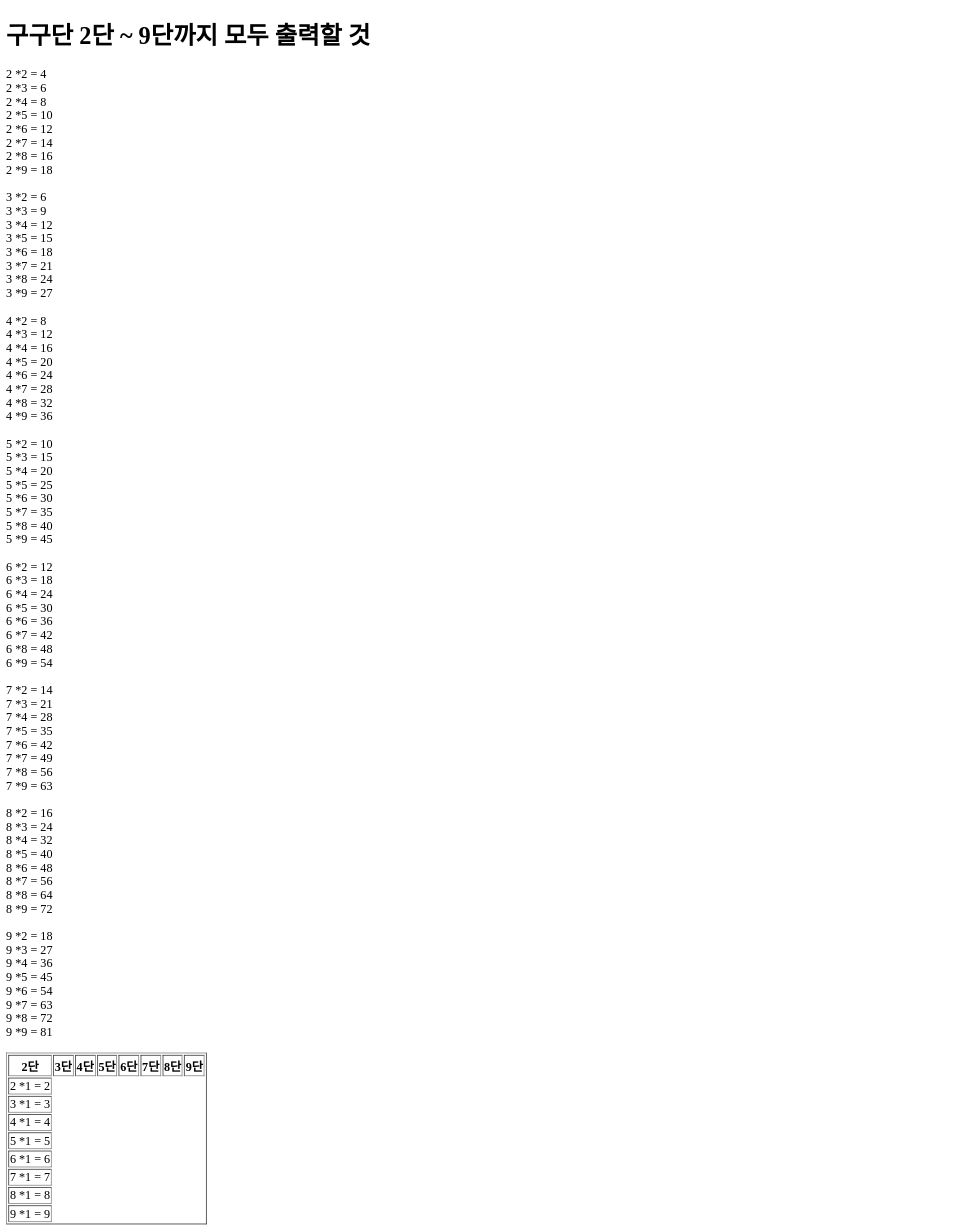
Repository: junirang330/Jsp2026
Page: http://localhost/chapter01/test02.jsp
An editor plug-in stored every save of this project. The page is shown before and after the next save, followed by the edit.
The browser window is 1280 px wide. The pictures show the whole page, at 76% of full size.
The page is served by Tomcat 9.

Above is the page before, as saved 2026-10-16 04:21:46.

### chapter01/src/main/webapp/test02.jsp
<%@ page language="java" contentType="text/html; charset=UTF-8"
    pageEncoding="UTF-8" import="java.util.*" %>
<!DOCTYPE html>
<html>
<head>
<meta charset="UTF-8">
<title>Insert title here</title>
</head>
<body>
	<h1>구구단 2단 ~ 9단까지 모두 출력할 것</h1>
	<table border = "1">
	<tr>
	<% for(int i = 2; i<=9; i++){ %>
	<th>
	<%= i + "단" %>
	</th>
	<% } %>
	</tr>
	<tr>
	<% for(int i = 2; i<=9; i++){ %>
	<td>
	<% for(int j = 1; j<=9; j++){ %>

		<%=i %> *<%=j %> = <%= i*j %><br/>
	</tr>
	</td>
	<%

		}
	%>
	<!-- </tr> -->
	<br/>
	<%
		}

	%>
	</table>
</body>
</html>

After the next save:
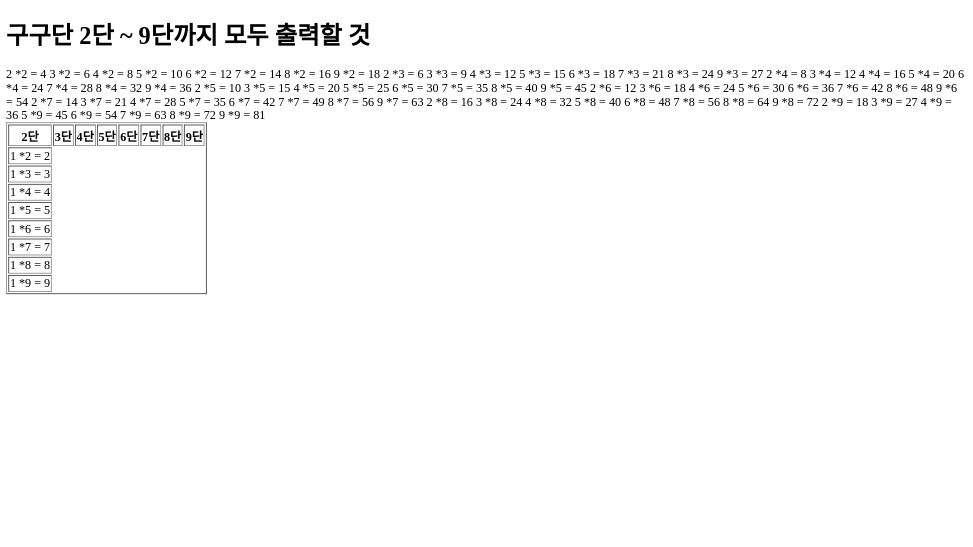
Saved 30 s later.
--- a/chapter01/src/main/webapp/test02.jsp
+++ b/chapter01/src/main/webapp/test02.jsp
@@ -17,11 +17,11 @@
 	<% } %>
 	</tr>
 	<tr>
-	<% for(int i = 2; i<=9; i++){ %>
+	<% for(int j = 2; j<=9; j++){ %>
 	<td>
-	<% for(int j = 1; j<=9; j++){ %>
+	<% for(int i = 1; i<=9; i++){ %>
 
-		<%=i %> *<%=j %> = <%= i*j %><br/>
+		<%=i %> *<%=j %> = <%= i*j %>
 	</tr>
 	</td>
 	<%
@@ -29,7 +29,7 @@
 		}
 	%>
 	<!-- </tr> -->
-	<br/>
+
 	<%
 		}
 
